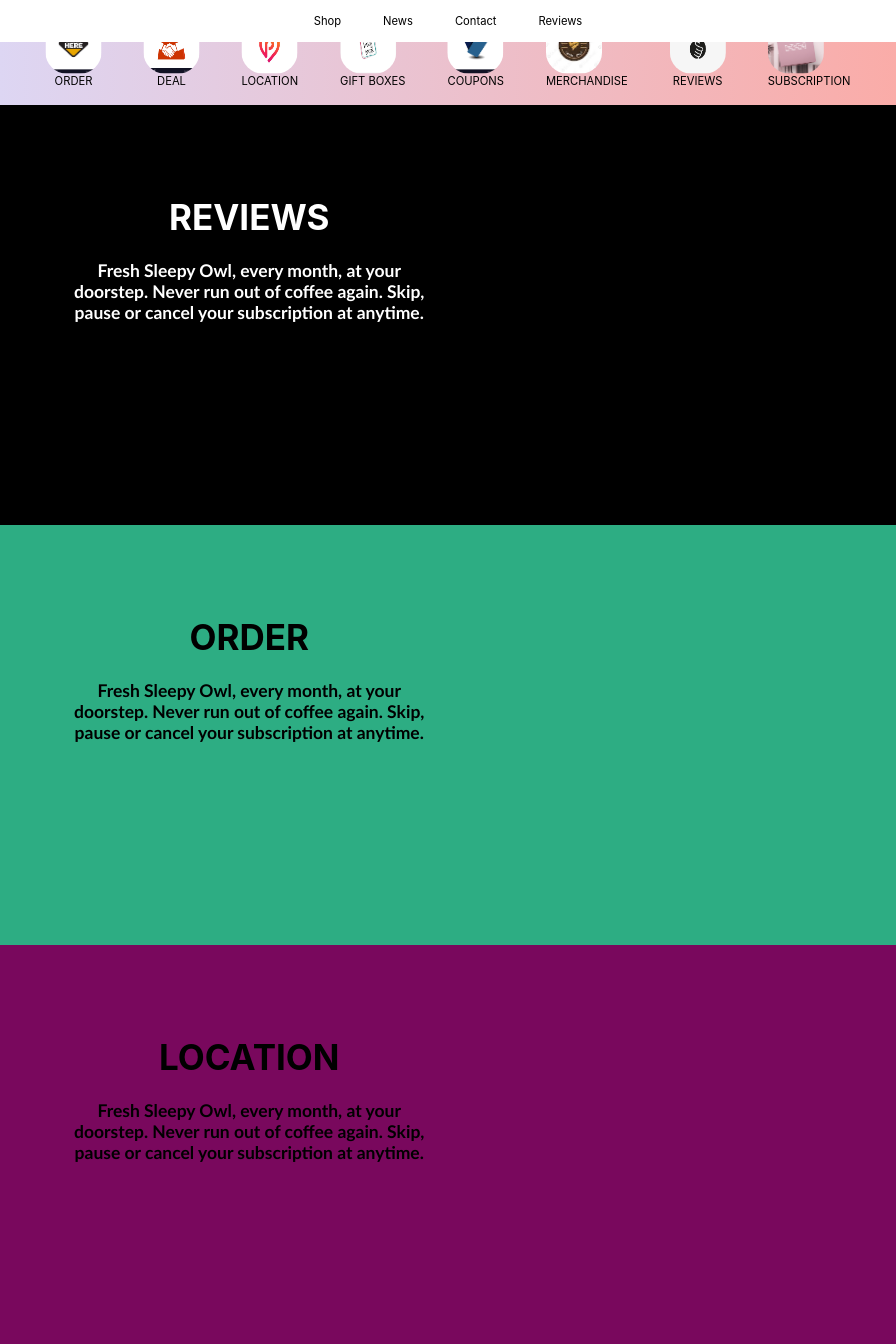
Repository: tusharpasricha/owlsomecoffee
Page: /
These files come from the project's save history. The page is drawn as it stood at one moment and after the next save; the edit follows.
The browser window is 1280 px wide. The pictures show the part of the page from y = 0 to 1920 px (the page is 4850 px tall before and 5750 px after), at 70% of full size.
The project was rebuilt for these pictures with package versions that can differ from the ones it lists, and the page was loaded fresh each time.

Above is the page before, as saved 2021-09-27 19:08:05.

After the next save:
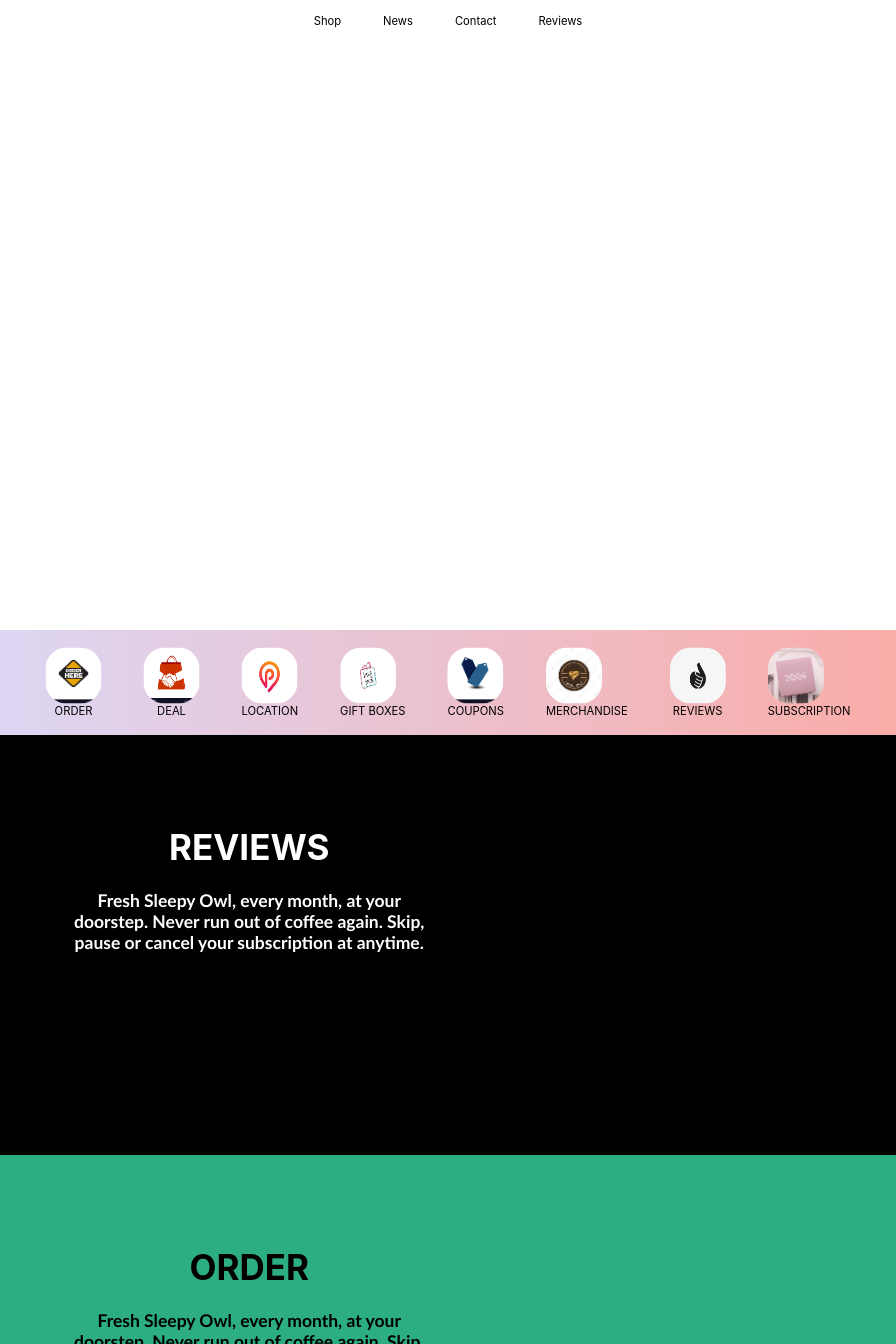
Saved 50 s later.
--- a/src/App.js
+++ b/src/App.js
@@ -21,6 +21,7 @@ function App() {
   return (
     <div className="App">
      <Navbar></Navbar>
+     <Blank></Blank>
      <Bar></Bar>
      <Review></Review>
      <Order></Order>
